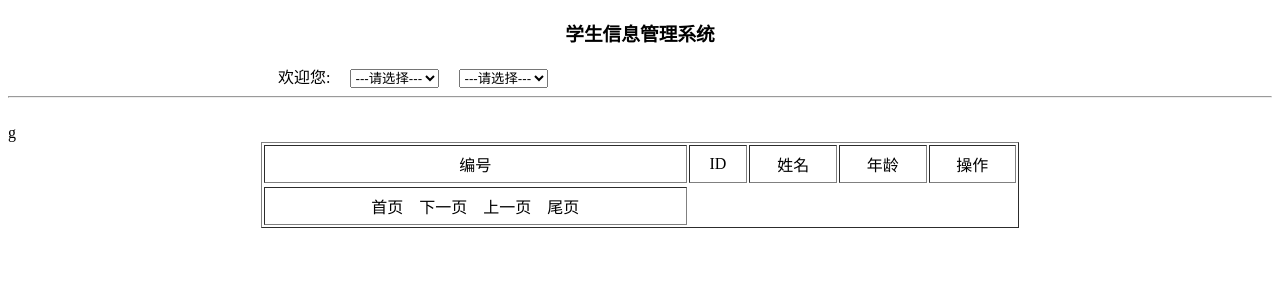
Repository: DataBoxWx/mvc_servlet_3
Page: http://localhost/crud_1/ajax/studentlist.jsp
These files come from the project's save history. The page is drawn as it stood at one moment and after the next save; the edit follows.
The browser window is 1280 px wide. The pictures show the whole page.
The page is served by Tomcat 9. Other server files are loaded and not shown.

Above is the page before, as saved 2018-05-08 07:34:06.

### crud_1/WebContent/ajax/studentlist.jsp
<%@ page language="java" contentType="text/html; charset=UTF-8"
    pageEncoding="UTF-8"%>
<%
	String basePath = request.getScheme() + "://" + request.getServerName() + ":" + 	request.getServerPort() + request.getContextPath() + "/";
%>
<!DOCTYPE html PUBLIC "-//W3C//DTD HTML 4.01 Transitional//EN" "http://www.w3.org/TR/html4/loose.dtd">
<html>
<head>
<base href="<%=basePath%>">
<meta http-equiv="Content-Type" content="text/html; charset=UTF-8">
<script type="text/javascript" src="js/jquery-1.8.3.min.js"></script>
<title>Insert title here</title>
<style type="text/css">
	td{
		text-align: center
	}
</style>
<script type="text/javascript">


	$(function(){
		$.post(
			"controller/list.do",
			function(data){
				$(data.slist).each(function(i){
					$("#tbody").append("<tr><td>"+i+"</td><td>"+this.id
							+"</td><td>"+this.name+"</td><td>"+this.age+"</td><td><a>编辑</a>||<a>删除</a></td></tr>");
				})
			},
			"json"
		)

	})
</script>
</head>
<body>
	<h3 align="center">学生信息管理系统</h3>
	<span style="margin-left: 270px" >欢迎您:${username}&nbsp;&nbsp;&nbsp;&nbsp;
		<select id="pid">
			<option>---请选择---</option>
		</select>&nbsp;&nbsp;&nbsp;&nbsp;
		<select id="cid">
			<option>---请选择---</option>
		</select>
	</span><br/>
	<hr/><br>
	<table align="center" border="1" cellpadding="6" width="60%">
		<thead>
			<tr>
				<td>编号</td>
				<td>ID</td>
				<td>姓名</td>
				<td>年龄</td>
				<td>操作</td>
			</tr>
		</thead>
		<tbody id="tbody">
			<tr>

			</tr>
			<tr>
				<td>
					<a>首页</a>&nbsp;&nbsp;&nbsp;
					<a>下一页</a>&nbsp;&nbsp;&nbsp;
					<a>上一页</a>&nbsp;&nbsp;&nbsp;
					<a>尾页</a>
				</td>g
			</tr>
		</tbody>
	</table>
</body>
</html>

### crud_1/src/com/bjpowernode/crud/controller/StudentController.java
 package com.bjpowernode.crud.controller;

import java.io.IOException;
import java.io.PrintWriter;
import java.util.ArrayList;
import java.util.List;

import javax.servlet.ServletException;
import javax.servlet.http.HttpServlet;
import javax.servlet.http.HttpServletRequest;
import javax.servlet.http.HttpServletResponse;

import com.bjpowernode.crud.domain.Students;
import com.bjpowernode.crud.service.StudentService;
import com.bjpowernode.crud.service.impl.StudentServiceImpl;
import com.bjpowernode.crud.util.ServiceFactory;
import com.sun.org.apache.bcel.internal.generic.NEW;

public class StudentController extends HttpServlet{
	@Override
	protected void doGet(HttpServletRequest request, HttpServletResponse response) throws ServletException, IOException {
		response.setContentType("text/html;charset=utf-8");
		StudentService studentService  = (StudentService) ServiceFactory.getService(new StudentServiceImpl());
		String path = request.getServletPath();
		if("/controller/list.do".equals(path)){
			list(request,response,studentService);
		}else if("/controller/save.do".equals(path)){
			save(request,response,studentService);
		}else if("/controller/delete.do".equals(path)){
			delete(request,response,studentService);
		}else if("/controller/update.do".equals(path)){
			update(request,response,studentService);
		}
	}
	private void update(HttpServletRequest request, HttpServletResponse response, StudentService studentService) {
		// TODO Auto-generated method stub

	}
	private void delete(HttpServletRequest request, HttpServletResponse response, StudentService studentService) {
		// TODO Auto-generated method stub

	}
	private void save(HttpServletRequest request, HttpServletResponse response, StudentService studentService) {
		// TODO Auto-generated method stub

	}
	private void list(HttpServletRequest request, HttpServletResponse response, StudentService studentService) throws IOException {
		System.out.println("进入学生列表操作");
		List<Students> slist = studentService.getAll();
		StringBuffer buffer = new StringBuffer();
		//{"slist":[{"id":"?","name":"?","age":?}]}
		buffer.append("{\"slist\":[");
		for(int i = 0; i< slist.size();i++){
			Students stu = slist.get(i);
			buffer.append("{\"id\":\"");
			buffer.append(stu.getId());
			buffer.append("\",\"name\":\"");
			buffer.append(stu.getName());
			buffer.append("\",\"age\":");
			buffer.append(stu.getAge());
			buffer.append("}");
			if( i< slist.size()-1){
				buffer.append(",");
			}
		}
		buffer.append("]}");
		System.out.println(buffer);
		PrintWriter out = response.getWriter();
		out.print(buffer.toString());
		out.close();
	}
	@Override
	protected void doPost(HttpServletRequest request, HttpServletResponse response) throws ServletException, IOException {
		this.doGet(request, response);
	}
}

Loaded but not shown: crud_1/WebContent/js/jquery-1.8.3.min.js (library)

After the next save:
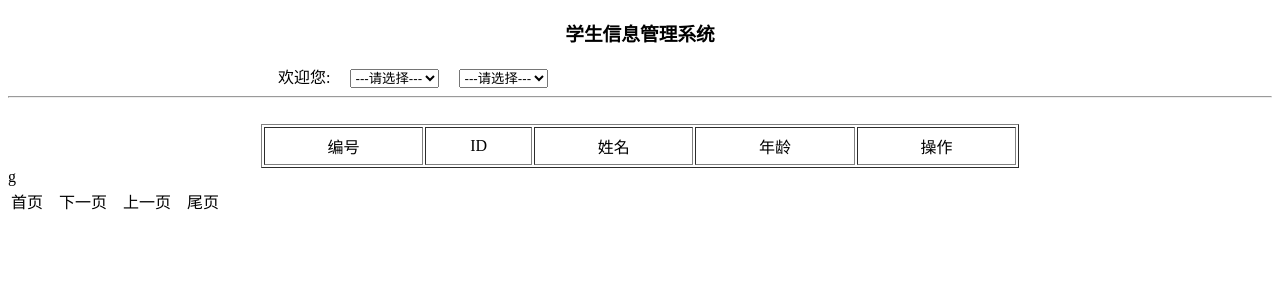
Saved 6 min 33 s later.
--- a/crud_1/WebContent/ajax/studentlist.jsp
+++ b/crud_1/WebContent/ajax/studentlist.jsp
@@ -55,9 +55,10 @@
 			</tr>
 		</thead>
 		<tbody id="tbody">
-			<tr>
 
-			</tr>
+		</tbody>
+	</table>
+	<table>
 			<tr>
 				<td>
 					<a>首页</a>&nbsp;&nbsp;&nbsp;
@@ -66,7 +67,6 @@
 					<a>尾页</a>
 				</td>g
 			</tr>
-		</tbody>
 	</table>
 </body>
 </html>
